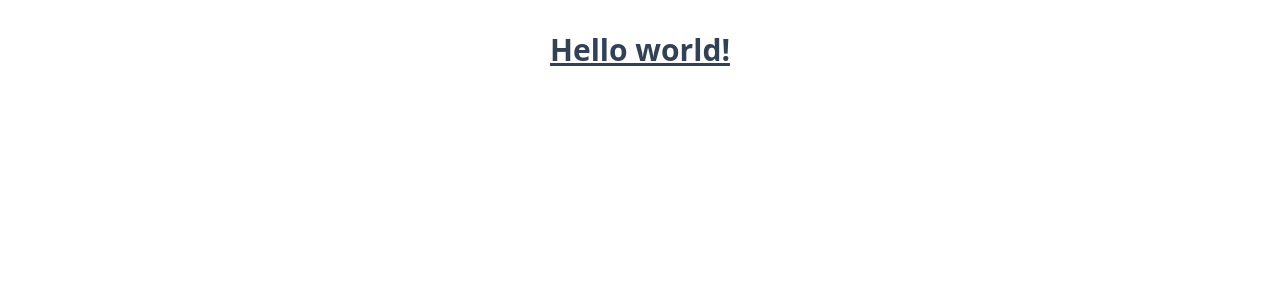
Repository: dongBE2k5/Fe_graduation_project
Page: /
The author's editor kept a copy of each file at every save. The page is drawn from the files as they stood at one save, then again after the next save.
The browser window is 1280 px wide. The pictures show the whole page.
The project was rebuilt for these pictures with package versions that can differ from the ones it lists, and the page was loaded fresh each time. Also part of the build but not shown: vite.config.ts.

Above is the page before, as saved 2025-09-28 14:00:40.

### index.html
<!doctype html>
<html lang="en">
  <head>
    <meta charset="UTF-8" />
    <link rel="icon" type="image/svg+xml" href="/vite.svg" />
    <meta name="viewport" content="width=device-width, initial-scale=1.0" />
    <title>fe-graduation-project</title>
  </head>
  <body>
    <div id="root"></div>
    <script type="module" src="/src/main.tsx"></script>
  </body>
</html>

### src/App.tsx
import { useState } from 'react'
import reactLogo from './assets/react.svg'
import viteLogo from '/vite.svg'
import './App.css'

function App() {
  return (
    <>
     <h1 className="text-3xl font-bold underline text-slate-700">
      Hello world!
    </h1>
    </>
  )
}

export default App

Loaded but not shown: src/main.tsx (common file); src/index.css (common file); src/App.css (common file); tailwind.config.js (common file)

After the next save:
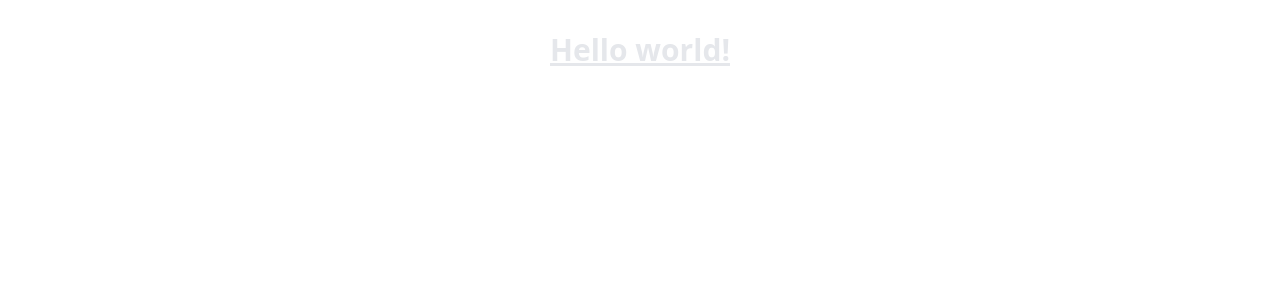
Saved 14 s later.
--- a/src/App.tsx
+++ b/src/App.tsx
@@ -6,7 +6,7 @@ import './App.css'
 function App() {
   return (
     <>
-     <h1 className="text-3xl font-bold underline text-slate-700">
+     <h1 className="text-3xl font-bold underline text-gray-200">
       Hello world!
     </h1>
     </>
